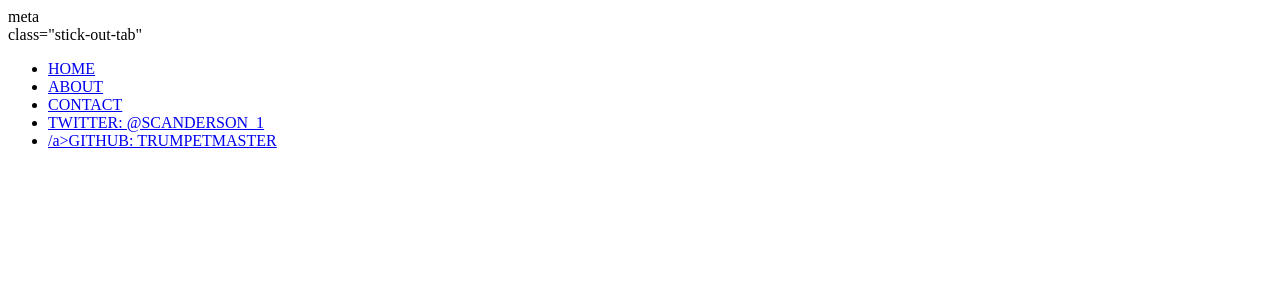
Repository: Trumpetmaster/trumpetmaster.github.io
Page: test.html
The author's editor kept a record of every edit. The page is drawn from the files as they stood at one moment, then again after the next edit.
The browser window is 1280 px wide. The pictures show the whole page.

Above is the page before.

After the next edit:
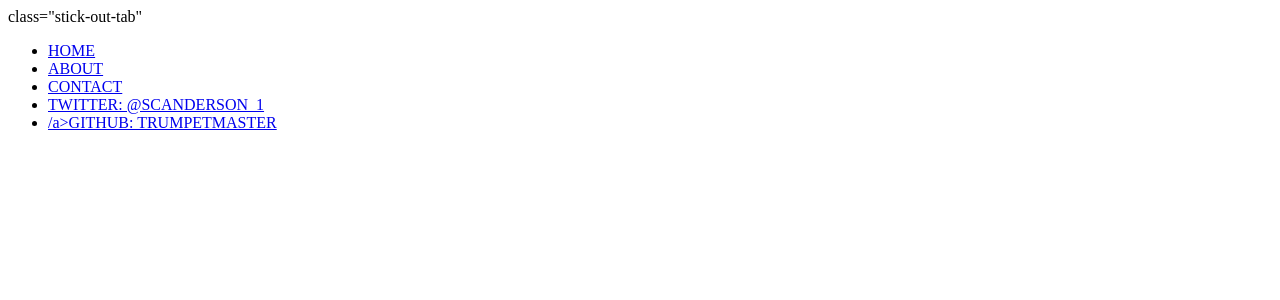
The edit:
--- a/test.html
+++ b/test.html
@@ -5,7 +5,7 @@
         <meta http-equiv="content-type" content="text/html; charset=utf-8" />
         <title>Test Layout</title>
 
-        meta
+
     </head>
     <body>
          <nav>
